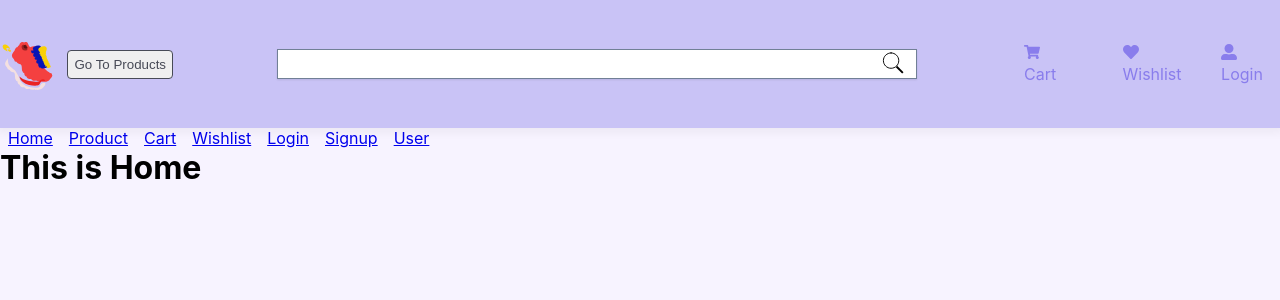
Repository: Irfan-vit/shoecase
Page: /
These files come from the project's save history. The page is drawn as it stood at one moment and after a run of saves; the edit follows.
The browser window is 1280 px wide. The pictures show the whole page.
The page's requests for data from a server got no answer. The project was rebuilt for these pictures with package versions that can differ from the ones it lists, and the page was loaded fresh each time. No one was signed in, and anything a server would have sent is missing. Also part of the build but not shown: src/pages/Product/ProductPage.jsx, src/pages/cart/CartPage.jsx, src/pages/wishlist/WishlistPage.jsx, src/pages/login/LoginPage.jsx, src/pages/signup/SignupPage.jsx, src/pages/user/StyledUser.jsx, src/components/forms/addAddress/AddAddress.jsx, src/components/forms/editAddress/EditAddress.jsx and 4 more.

Above is the page before, as saved 2023-05-22 04:30:59.

After the next 4 saves:
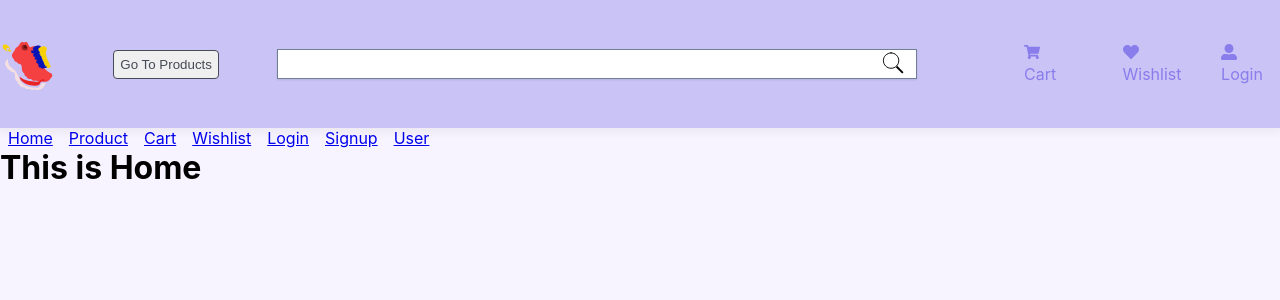
The 4 saves are shown as one change because they came seconds apart.
The last was saved 14 s later.
--- a/src/styles/NavBarStyles.jsx
+++ b/src/styles/NavBarStyles.jsx
@@ -23,7 +23,7 @@ const StyledNav = styled.nav`
       display: flex;
       align-items: center;
       flex-basis: 10%;
-      gap: 2%;
+      gap: 29%;
       > * {
         flex-basis: 40%;
       }
